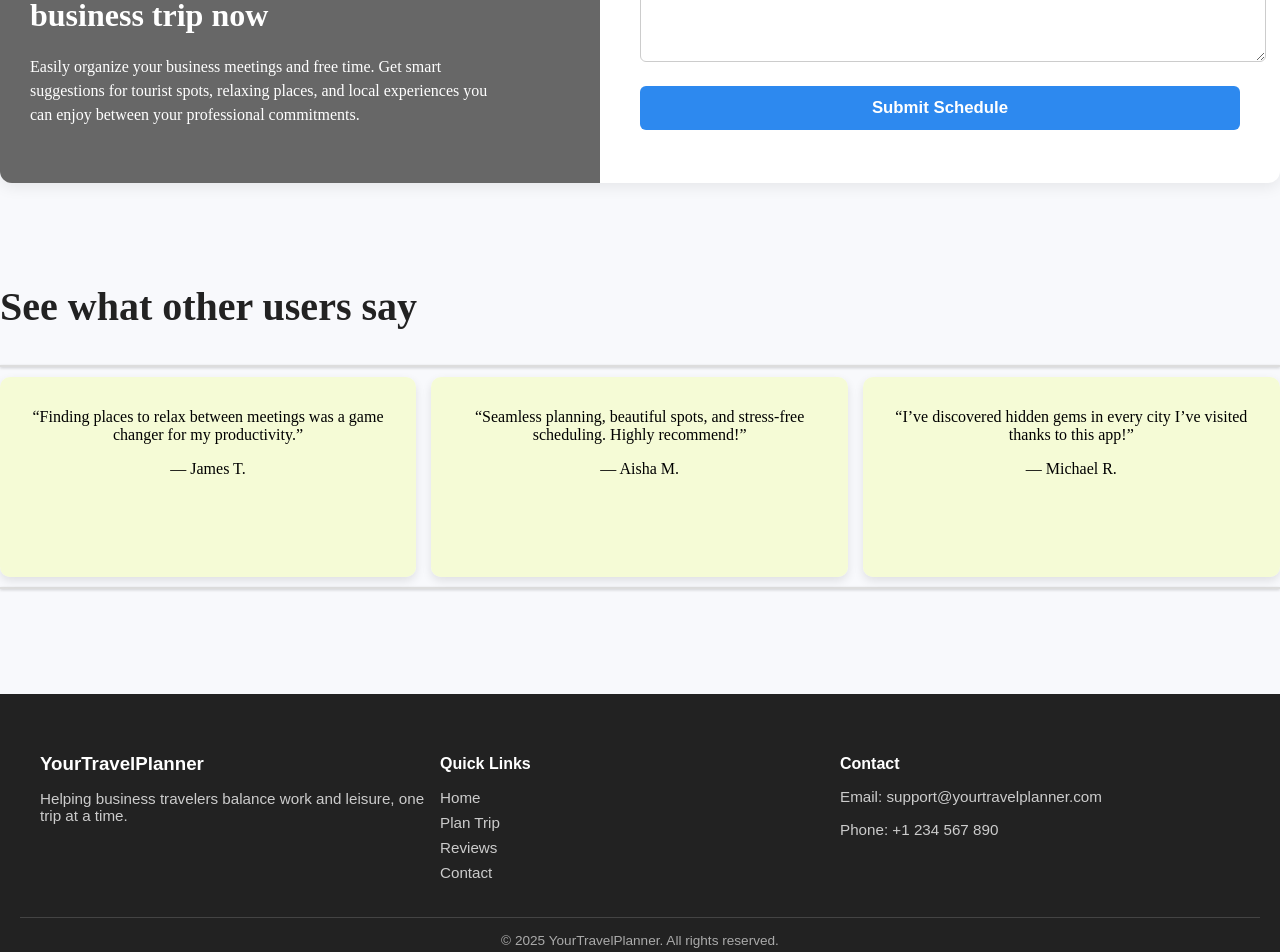
Repository: Nakib-Arman/Javafest25---travL
Page: / (app in Frontend/)
The author's editor kept a copy of each file at every save. The page is drawn from the files as they stood at one save, then again after the next save.
The browser window is 1280 px wide. The pictures show the part of the page from y = 1374 to 2326 px (the page is 2342 px tall).
Pictures or frames that could not be fetched are drawn as grey boxes. The project was rebuilt for these pictures with package versions that can differ from the ones it lists, and the page was loaded fresh each time. Also part of the build but not shown: Frontend/vite.config.js, Frontend/src/CSS/AuthForms.css, Frontend/src/Components/AuthForms.jsx, Frontend/src/CSS/SchedulePlanner.css, Frontend/src/Components/SchedulePlanner.jsx.

Above is the page before, as saved 2025-08-24 00:10:13.

After the next save:
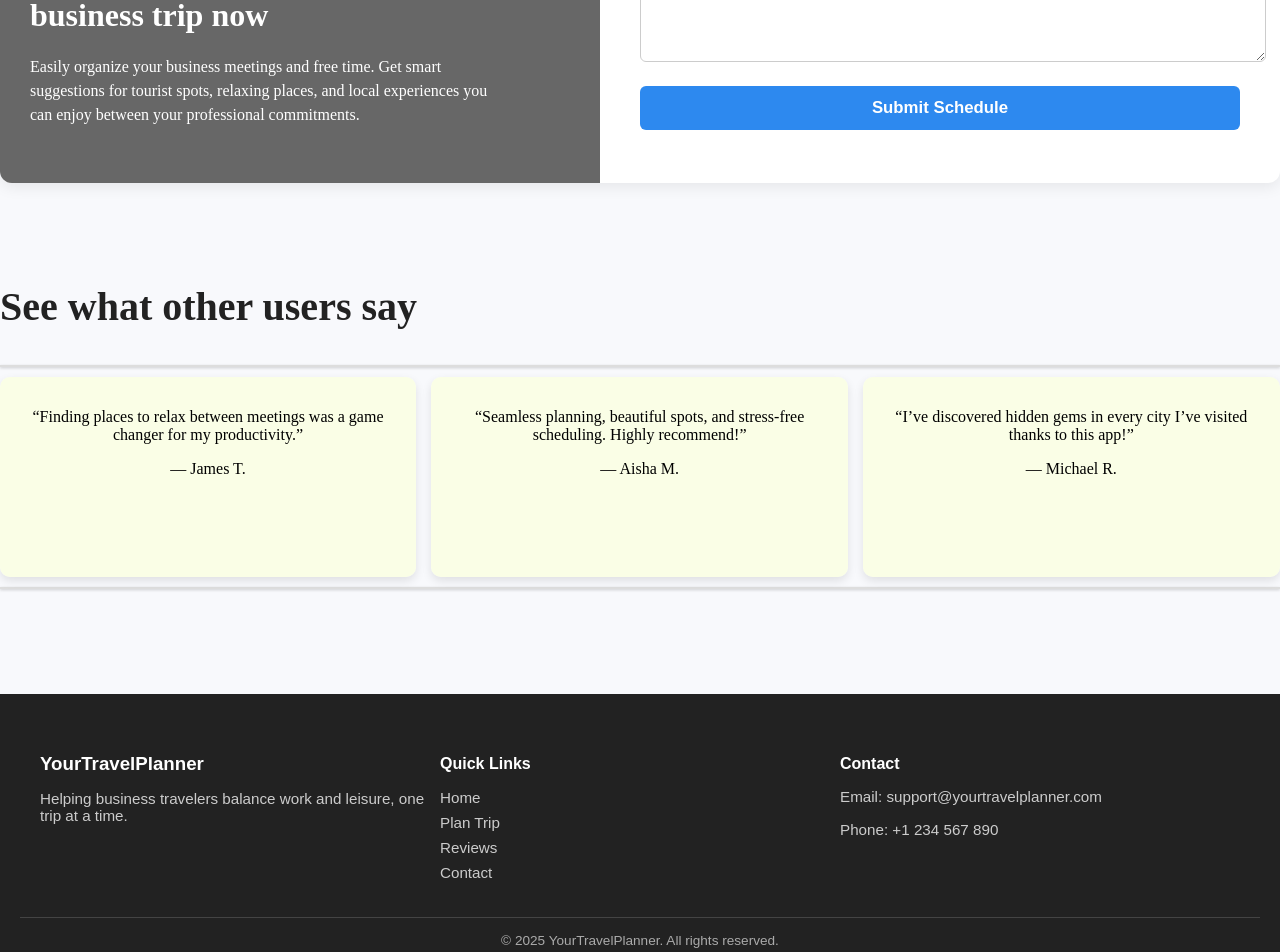
Saved 38 s later.
--- a/Frontend/src/CSS/Reviews.css
+++ b/Frontend/src/CSS/Reviews.css
@@ -47,7 +47,7 @@
 }
 
 .review-card {
-    background: rgba(245, 252, 210, 0.9);
+    background: rgba(251, 255, 228, 0.9);
     padding: 15px;
     border-radius: 10px;
     box-shadow: 0 4px 10px rgba(10, 1, 1, 0.1);
